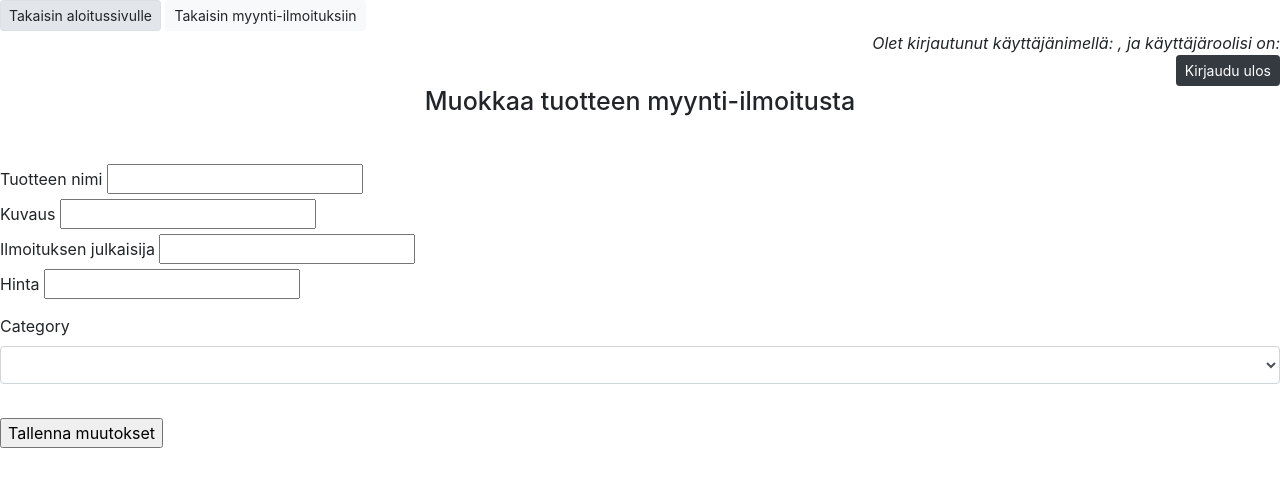
Repository: LiljestromNadja/Backend_s2023_harjoitustyo
Page: http://localhost/editArticle
These files come from the project's save history. The page is drawn as it stood at one moment and after the next save; the edit follows.
The browser window is 1280 px wide. The pictures show the whole page.
The page is this project's Thymeleaf template; nobody is signed in. The template is opened directly, without the code that normally fills it, so the values that code supplies are empty.

Above is the page before, as saved 2023-11-10 16:42:01.

### harkkas23v01/src/main/resources/templates/editArticle.html
<!DOCTYPE HTML>
<html xmlns:th="http://www.thymeleaf.org">
	<head>
	    <title>Muokkaa ilmoitusta</title>
	    <meta http-equiv="Content-Type" content="text/html; charset=UTF-8" />
	    <!-- Bootstrap-linkki vaihdettu tähän 04-10-2023 -->
	<link rel="stylesheet" href="https://cdn.jsdelivr.net/npm/bootstrap@4.0.0/dist/css/bootstrap.min.css" integrity="sha384-Gn5384xqQ1aoWXA+058RXPxPg6fy4IWvTNh0E263XmFcJlSAwiGgFAW/dAiS6JXm" crossorigin="anonymous"> <!-- Lisättiin tyyli, bootstrap 4.0 -->
	<!-- Lisättiin tyyli, bootstrap 4.0 -->
	</head>
	<body>
			<a href="/index"><button class="text-left btn btn-light btn-sm">Takaisin aloitussivulle</button></a>
			<a href="/articlelist"><button	class="text-left btn btn-light btn-sm">Takaisin myynti-ilmoituksiin</button></a>

		<div class="text-right">
			<i>Olet kirjautunut käyttäjänimellä: <b sec:authentication="name"></b>,	ja käyttäjäroolisi on: <b sec:authentication="principal.authorities"></b>
			</i>
			<br>
			<form class="text-right" th:action="@{/logout}" method="post">
				<input type="submit" value="Kirjaudu ulos" class="btn btn-sm btn-dark" />
			</form>
		</div>

		<h1 style="text-align: center;font-size: 25px"> Muokkaa tuotteen myynti-ilmoitusta</h1>

		<div style="clear: both; display: block; height: 40px;"></div>
		<div>
		<form th:object="${article}" th:action="@{../save}" action="#" method="post"> <!-- Tässä menee @{/save} -->

			  	<input type="hidden" id="id" th:field="*{id}" /><!-- muokatessa id:n täytyy mennä mukana backendin puolelle, ettei luoda uutta articlea -->
			  	<div>
			  	<label>Tuotteen nimi</label>
				<input type="text" th:field="*{title}" />
				</div>
				<div>
			  	<label>Kuvaus</label>
			  	<input type="text" th:field="*{description}" />
				</div>
				<div>
			  	<label>Ilmoituksen julkaisija</label>
				<input type="text" th:field="*{publisher}" />
				</div>
<!-- 			<div>
		  		<label>Ilmoitus jätetty</label>
				<input type="text" th:field="*{dateadded}" />
				</div> Käyttäjä ei syötä tätä tietoa-->
				<div>
			  	<label>Hinta</label>
				<input type="number" th:field="*{price}" step="0.01"  />
				</div>
				<div style="clear: both; display: block; height: 10px;"></div>
			  	<label for="citylist">Category</label>
				 <select id="citylist" th:field="*{city}" class="form-control">
	       			<option th:each="city: ${cities}" th:value="${city.cityid}" th:text="${city.name}"></option>
	    		</select>
	 	  		<div>
	<!--		<label>User id</label> <!--article.applicationuserid kulkee piilossa -->
				<input type="hidden" th:field="*{applicationuser.id}" />
				</div>
	     		<div style="clear: both; display: block; height: 10px;"></div>

	<!-- 		<label for="appuserlist">User</label><!-- Lisätty 20102023, käyttäjien listaus, jos on tarkoitus päästä muokkaan kirjan lisääjää muista muuttaa myös Controller -->
	<!--  		<select id="appuserlist" th:field="*{applicationuser}" class="form-control">
	       			<option th:each="applicationuser: ${applicationusers}" th:value="${applicationuser.id}" th:text="${applicationuser.username}"></option>
	    		</select> -->
				<br>

				<input type="submit" value="Tallenna muutokset"></input>
			</form>

		</div>


	</body>
</html>

After the next save:
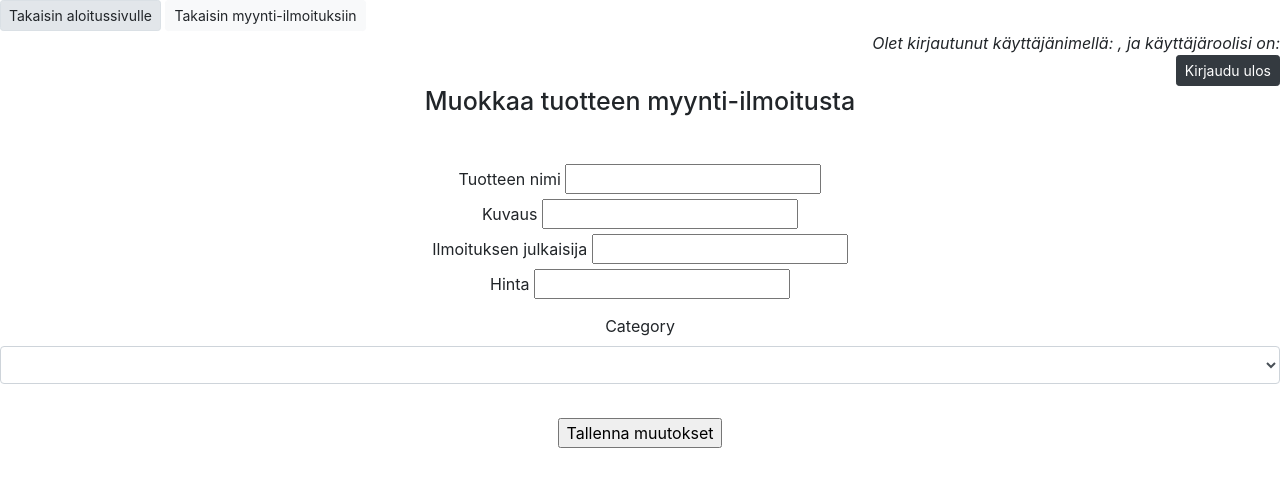
Saved 15 s later.
--- a/harkkas23v01/src/main/resources/templates/editArticle.html
+++ b/harkkas23v01/src/main/resources/templates/editArticle.html
@@ -23,7 +23,9 @@
 		<h1 style="text-align: center;font-size: 25px"> Muokkaa tuotteen myynti-ilmoitusta</h1>
 
 		<div style="clear: both; display: block; height: 40px;"></div>
-		<div>
+
+
+		<div style="text-align: center;">
 		<form th:object="${article}" th:action="@{../save}" action="#" method="post"> <!-- Tässä menee @{/save} -->
 
 			  	<input type="hidden" id="id" th:field="*{id}" /><!-- muokatessa id:n täytyy mennä mukana backendin puolelle, ettei luoda uutta articlea -->
